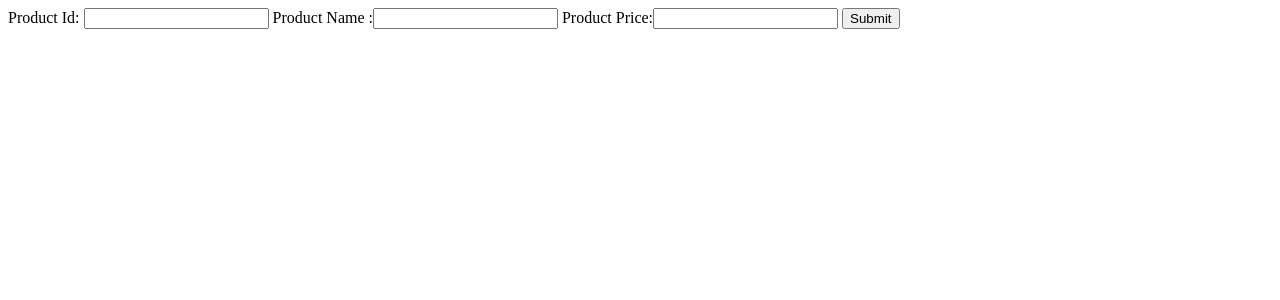
Repository: SakshiTiwari28/Java-Assignment
Page: RestFul/TrivagoHotel/WebContent/addProduct.html
The author's editor kept a copy of each file at every save. The page is drawn from the files as they stood at one save, then again after the next save.
The browser window is 1280 px wide. The pictures show the whole page.

Above is the page before, as saved 2019-07-25 19:47:25.

After the next save:
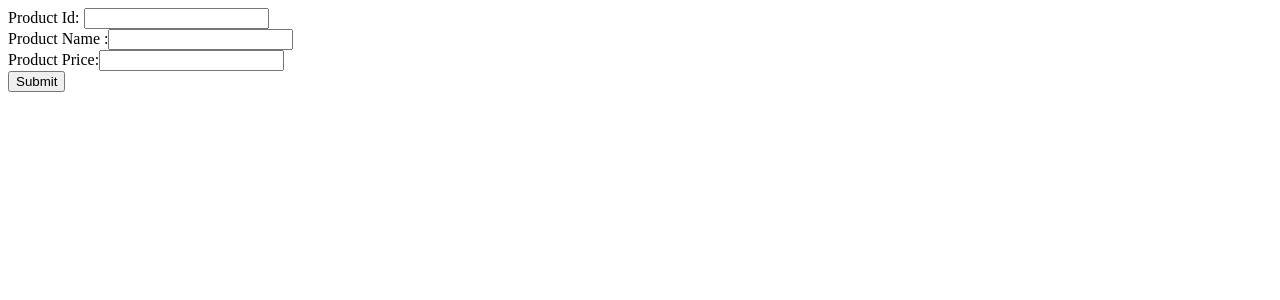
Saved 14 s later.
--- a/RestFul/TrivagoHotel/WebContent/addProduct.html
+++ b/RestFul/TrivagoHotel/WebContent/addProduct.html
@@ -5,10 +5,10 @@
 <title>Insert title here</title>
 </head>
 <body>
-<form method="post">
-Product Id:   <input type="number" name="id">
-Product Name :<input type="text" name="productName">
-Product Price:<input type="number" name="price">
+<form method="post" >
+Product Id:   <input type="number" name="id"><br>
+Product Name :<input type="text" name="productName"><br>
+Product Price:<input type="number" name="price"><br>
 <input type="submit" name="submit">
 </form>
 
